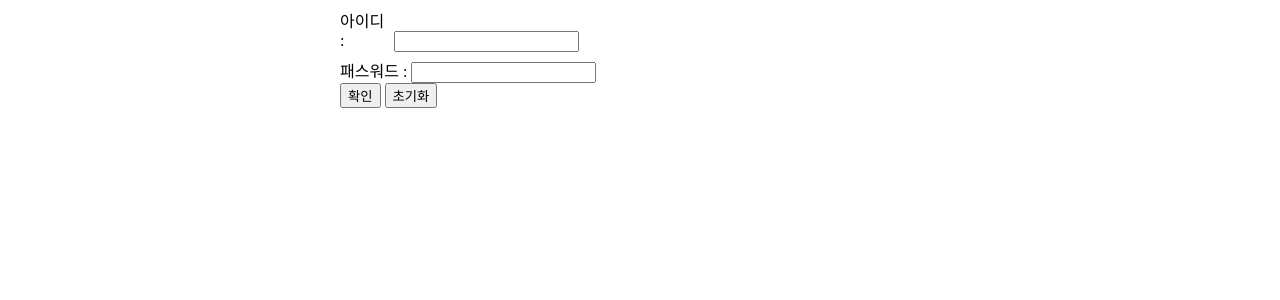
Repository: song-tata/jsp_servlet
Page: chap06/webContants/login.html
An editor plug-in stored every save of this project. The page is shown before and after the next save, followed by the edit.
The browser window is 1280 px wide. The pictures show the whole page.

Above is the page before, as saved 2023-05-17 06:32:56.

### chap06/webContants/login.html
<!DOCTYPE html>
<html>
<head>
<meta charset="EUC-KR">
<title>login page</title>
<style type="text/css">
.wrap {
	width: 600px;
	height: 200px;
	margin: auto;
}

.idwrap {
	width: 100%;
	height: 50px;
	margin: auto;
}
.idwrap>label{
	display: inline-block;
	width: 50px
}
</style>
</head>
<body>
	<form action="post" class="wrap">
		<div class="idwrap">
			<label>아이디 : </label> <input type="text" id="id">
		</div>
		<div class="passwordwrap">
			<label>패스워드 : </label> <input type="text" id="password">
		</div>
		<div class="buttonwrap">
			<button type="submit">확인</button>
			<button type="reset">초기화</button>
		</div>
	</form>
</body>
</html>

After the next save:
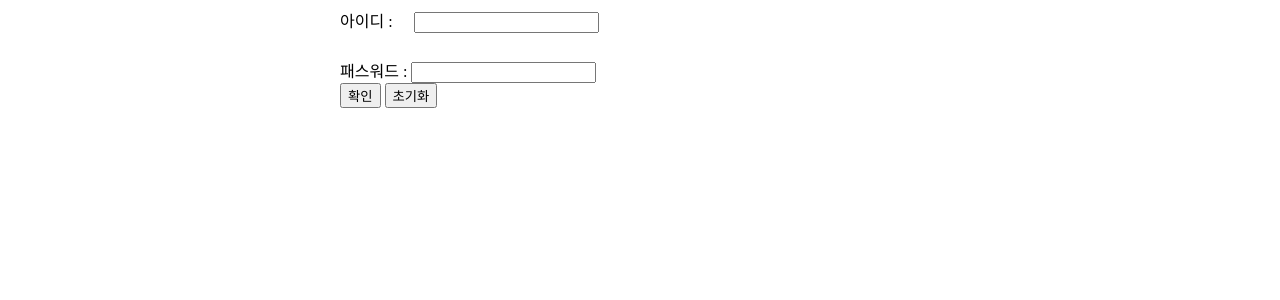
Saved 5 s later.
--- a/chap06/webContants/login.html
+++ b/chap06/webContants/login.html
@@ -17,7 +17,7 @@
 }
 .idwrap>label{
 	display: inline-block;
-	width: 50px
+	width: 70px
 }
 </style>
 </head>
